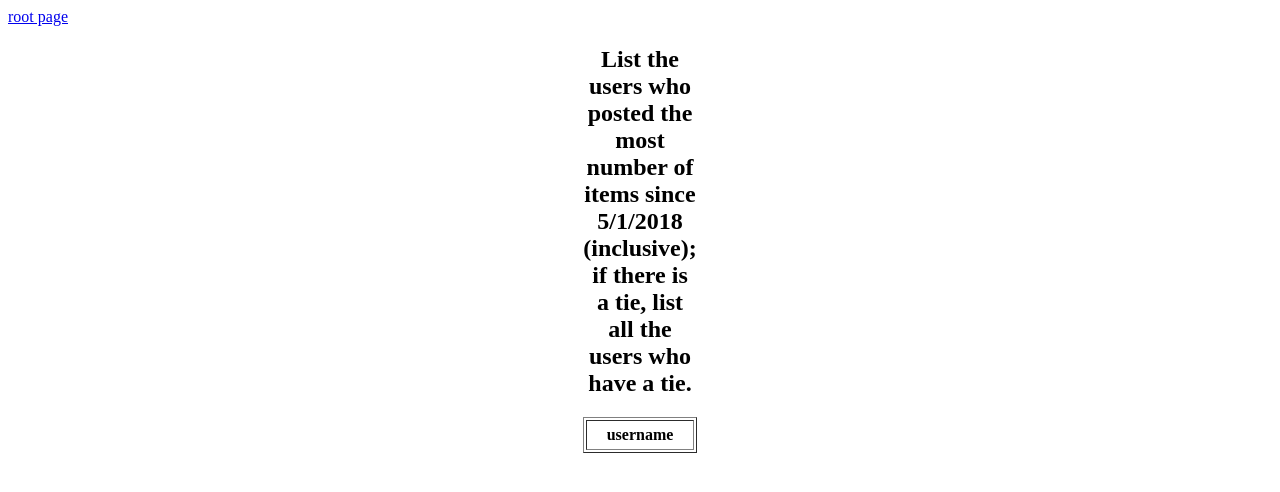
Repository: HamdanM/DatabaseProject
Page: http://localhost/DB3/Displaynum4.jsp
These files come from the project's save history. The page is drawn as it stood at one moment and after the next save; the edit follows.
The browser window is 1280 px wide. The pictures show the whole page.
The page is served by Tomcat 9. Nobody is signed in. The application's start-up code is not run. Other server files are loaded and not shown.

Above is the page before, as saved 2019-07-27 23:15:24.

### DB3/WebContent/Displaynum4.jsp
<%@ page language="java" contentType="text/html; charset=ISO-8859-1"
    pageEncoding="ISO-8859-1"%>
  <%@ taglib prefix="c" uri="http://java.sun.com/jsp/jstl/core" %>
<!DOCTYPE html PUBLIC "-//W3C//DTD HTML 4.01 Transitional//EN" "http://www.w3.org/TR/html4/loose.dtd">
<html>
<head>
<meta charset="UTF-8">
<title>Online Store</title>
</head>
<body>

<a href="root.jsp">root page</a>

  <div align="center">
        <table border="1" cellpadding="5">
            <caption><h2>List the users who posted the most number of items since 5/1/2018 (inclusive); if there is a tie, list all the users who have a tie.</h2></caption>
            <tr>

                <th>username</th>

            </tr>
            <c:forEach var="us" items="${usersList}">
                <tr>

                    <td><c:out value="${us.getUsername()}" /></td>



                </tr>
            </c:forEach>
        </table>
    </div>

</body>
</html>

After the next save:
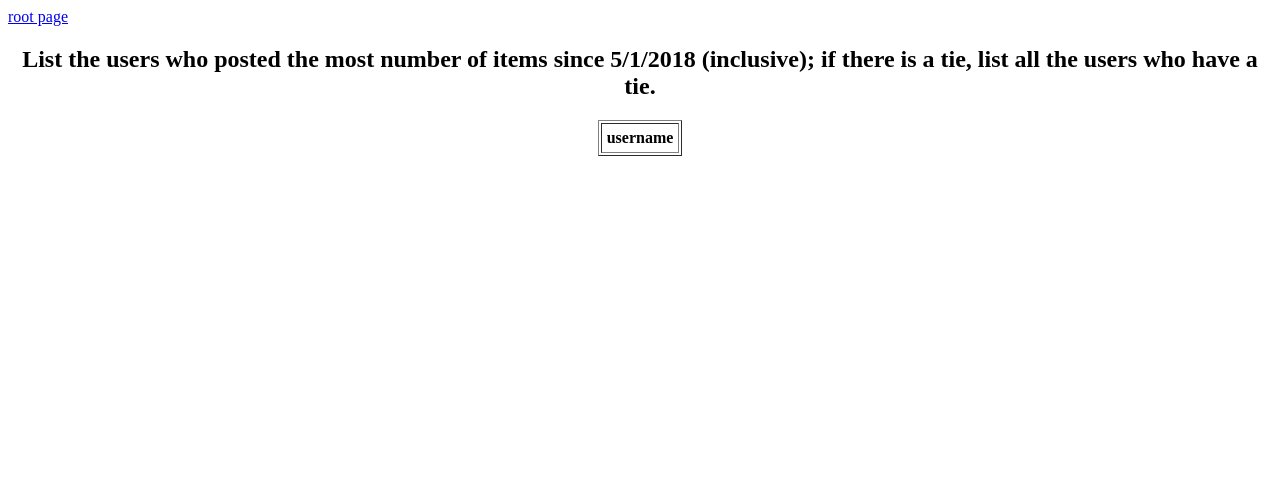
Saved 9 s later.
--- a/DB3/WebContent/Displaynum4.jsp
+++ b/DB3/WebContent/Displaynum4.jsp
@@ -13,7 +13,7 @@
 
   <div align="center">
         <table border="1" cellpadding="5">
-            <caption><h2>List the users who posted the most number of items since 5/1/2018 (inclusive); if there is a tie, list all the users who have a tie.</h2></caption>
+            <h2>List the users who posted the most number of items since 5/1/2018 (inclusive); if there is a tie, list all the users who have a tie.</h2>
             <tr>
 
                 <th>username</th>
